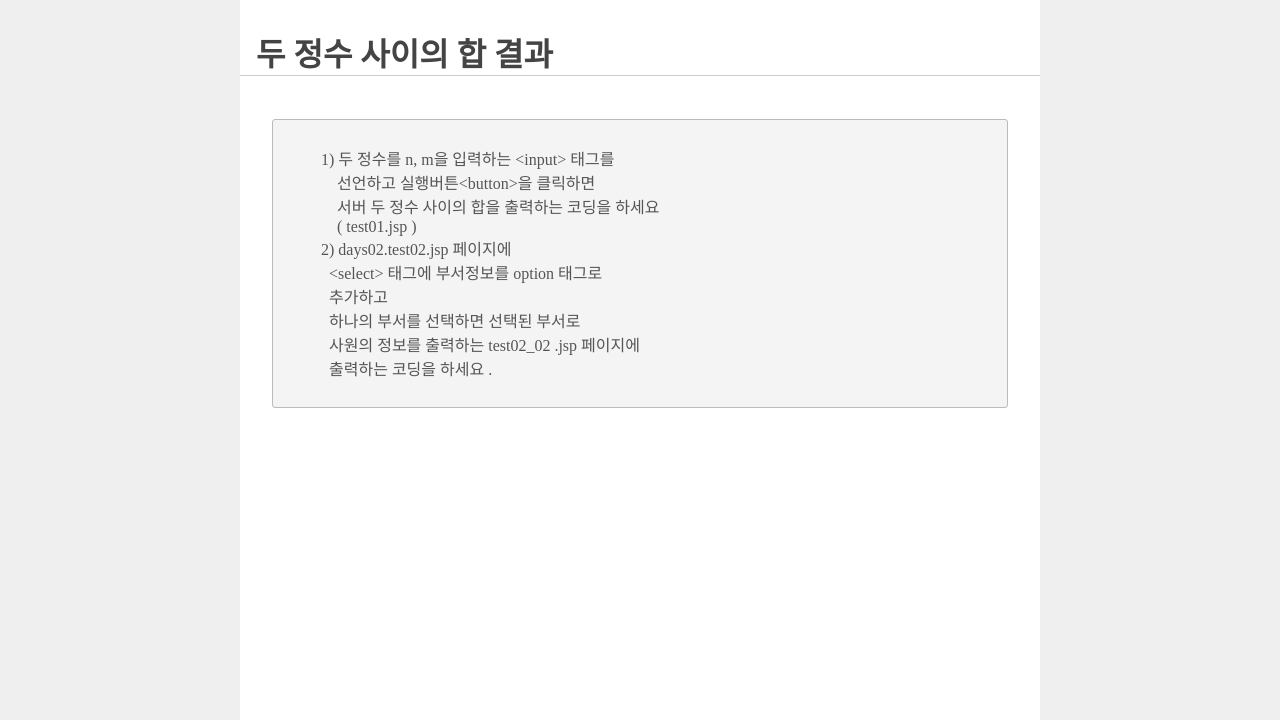
Repository: park-jiwoong/webClass
Page: http://localhost/jspPro/days02/test01_result.jsp
The author's editor kept a copy of each file at every save. The page is drawn from the files as they stood at one save, then again after the next save.
The browser window is 1280 px wide. The pictures show the whole page.
Some web fonts or font styles are not loaded; a fallback is used. The page is served by Tomcat 9. Other server files are loaded and not shown.

Above is the page before, as saved 2025-05-22 00:36:12.

### webPro/src/main/webapp/JSPClass/jspPro/src/main/webapp/days02/test01_result.jsp
<%@ page contentType="text/html; charset=UTF-8" pageEncoding="UTF-8"%>
<!DOCTYPE html>
<html>
<head>
<meta charset="UTF-8">
<meta name="viewport" content="width=device-width, initial-scale=1.0">
<link rel="shortcut icon" type="image/x-icon" href="http://localhost/jspPro/images/SiSt.ico">
<title>두 정수 사이의 합 결과</title>
<script src="https://ajax.googleapis.com/ajax/libs/jquery/3.7.1/jquery.min.js"></script>
<link rel="stylesheet" href="http://localhost/jspPro/resources/cdn-main/example.css">
<script src="http://localhost/jspPro/resources/cdn-main/example.js"></script>
	<style>
 	span.material-symbols-outlined{
    vertical-align: text-bottom;
 	}
	</style>
</head>
<body>
	<h1>두 정수 사이의 합 결과</h1>
<div>
    <xmp class="code">
        1) 두 정수를 n, m을 입력하는 <input> 태그를
            선언하고 실행버튼<button>을 클릭하면
            서버 두 정수 사이의 합을 출력하는 코딩을 하세요
            ( test01.jsp )
     	2) days02.test02.jsp 페이지에
          <select> 태그에 부서정보를 option 태그로
          추가하고
          하나의 부서를 선택하면 선택된 부서로
          사원의 정보를 출력하는 test02_02 .jsp 페이지에
          출력하는 코딩을 하세요 .
    </xmp>
</div>
</body>
</html>

### webPro/src/main/webapp/JSPClass/jspPro/src/main/webapp/resources/cdn-main/example.css
@charset "UTF-8";

@import url('https://fonts.googleapis.com/css2?family=Material+Symbols+Outlined:opsz,wght,FILL,GRAD@20..48,100..700,0..1,-50..200');

@font-face {
    font-family: 'GmarketSansMedium';
    src: url('https://cdn.jsdelivr.net/gh/projectnoonnu/noonfonts_2001@1.1/GmarketSansMedium.woff') format('woff');
    font-weight: normal;
    font-style: normal;
}

:root {
	--text-color: #555;
	--sub-text-color: #777;
	--back-color: #EFEFEF;
	--header-color: #444;
	--primary-color: #DEDEDE;
	--secondary-color: #EFEFEF;
	--default-width: 800px;
	--narrow-width: 500px;
	--wide-width: 1200px;
	--text-font: 'GmarketSansMedium';
	--icon-font: 'Material Symbols Outlined';
	--border-color: #CCC;
}

html, body {
	margin: 0;
	padding: 0;
}

html {
	background-color: var(--back-color);
	display: flex;
	justify-content: center;
	min-height: 100vh;
}

body, body.default {
	width: var(--default-width);
	background-color: white;
	padding-bottom: 120px;
}

body.wide {
	width: var(--wide-width);
}

body.narrow {
	width: var(--narrow-width);
}



body, p, div, span, a, input, select, option, textarea, button, table, th, td, label, fieldset, legend {
	font-family: var(--text-font);
	color: var(--text-color);
}

h1, h2, h3 {
	font-family: var(--text-font);
	color: var(--header-color);
	padding: 0 1rem;
	padding-top: .5rem;
}

div > h1, div > h2, div > h3 {
	padding: 0;
}

body > div, body > main > div {
	padding: 0.3rem 1rem;
}


h1 { font-size: 2rem; border-bottom: 1px solid var(--border-color); }
h1 small { font-size: 1.2rem; color: var(--sub-text-color); }
h2 { font-size: 1.5rem; border-bottom: 1px dashed var(--border-color); }
h2 small { font-size: 1.1rem; color: --sub-text-color; }
h3 { font-size: 1.2rem; }
h3 small { font-size: 1rem; color: --sub-text-color; }



h1.main::before {
	font-family: var(--icon-font);
  	content: '\e666';
  	margin-right: 10px;
  	float: left;
	font-size: 2.5rem;
}

h1.sub::before {
	font-family: var(--icon-font);
  	content: '\ea19';
  	margin-right: 10px;
  	float: left;
	font-size: 2.5rem;
}


h1.page::before {
	font-family: var(--icon-font);
  	content: '\e0e0';
  	margin-right: 10px;
  	float: left;
	font-size: 2.5rem;
}

body > header > ul > li > .active{
	background-color: #FFF;
	color:#F00;
}

body > header {
	display: flex;
	justify-content: space-between;
	border-bottom: 5px solid var(--border-color);
	min-height: 74px;
	background-color: #FFF;
}

body > header.sticky {
	position: sticky;
	top: 0;
	z-index: 98;
}

body > header > h1 {
	font-size: 1.2rem;
	border: 0;
}

body > header.in > h1::before {
	font-family: var(--icon-font);
  	content: '\e332‥';
  	margin-right: 3px;
  	float: left;
	font-size: 2rem;
}


body > header > ul {
	list-style-type: none;
	display: flex;
	align-items: flex-end;
	margin-right: 10px;
}

body > header > ul > li {
	margin-right: 10px;
	cursor: pointer;
}

body > header > ul > li > a {
	cursor: pointer;
}


form {
	display: block;
}

form > div {
	padding: 0.3rem 1rem;
}

div > form > div {
	padding: 0.3rem 0;
}

input, textarea, button, select {
	border: 1px solid #BBB;
	border-radius: 3px;
	outline: none;
	resize: none;
	padding: 7px;
	margin: 0;
}

input[type=text]:read-only, textarea:read-only {
	cursor: not-allowed;
	background-color: #FFF;
}

input[type=text]:disabled, textarea:disabled {
	cursor: not-allowed;
	background-color: #EEE;
}

input[type=text], input[type=password], textarea, button, select {
	/* width: 300px; */
}

textarea {
	display: block;
	height: 100px;
}

input[type=button], input[type=submit], button {
	/* width: inherit; */
}

input.short, textarea.short, button.short, select.short {
	width: 100px;
}

input.long, textarea.long, button.long, select.long {
	width: 350px;
}

.narrow input.long, .narrow textarea.long, .narrow button.long, .narrow select.long {
	width: calc(100% - 20px);
}

input.full, textarea.full, button.full, select.full {
	width: calc(100% - 20px);
}

textarea.short {
	height: 50px;
}

textarea.long {
	height: 100px;
}

textarea.full {
	height: 200px;
}

input, textarea {
	padding-top: 8px;
}

input[type=button], input[type=submit], button {
	padding: 5px 10px;
	background-color: var(--secondary-color);
	cursor: pointer;
	min-height: 36px;
}

input[type=button].primary, input[type=submit].primary, button.primary {
	/* background-color: rgba(100, 149, 237, .2); */
	background-color: var(--primary-color);
}

input[type=button].primary:hover, input[type=submit].primary:hover, button.primary:hover {
	/* background-color: rgba(100, 149, 237, .3); */
	background-color: var(--secondary-color);
}

input[type=button]:hover, input[type=submit]:hover, button:hover {
	background-color: var(--primary-color);
}

button {
	position: relative;
	left: 0;
	top: 0;
	padding-left: 35px;
}

button .material-symbols-outlined {
	position: absolute;
	left: 10px;
	top: 4px;
}

/* k2nik add */
button.login::before {
	font-family: var(--icon-font);
  	content: '\ea77';
	position: absolute;
	left: 11px;
	top: 4px;
	font-size: 1.25rem;
}

/* k2nik logout */
button.logout::before {
	font-family: var(--icon-font);
  	content: '\e9ba';
	position: absolute;
	left: 11px;
	top: 4px;
	font-size: 1.25rem;
}

/* k2nik help */
button.help::before {
	font-family: var(--icon-font);
  	content: '\f1c0';
	position: absolute;
	left: 11px;
	top: 4px;
	font-size: 1.25rem;
}

button.add::before{
	font-family: var(--icon-font);
  	content: '\e746';
	position: absolute;
	left: 11px;
	top: 4px;
	font-size: 1.25rem;
}

button.back::before {
	font-family: var(--icon-font);
  	content: '\e166';
	position: absolute;
	left: 11px;
	top: 4px;
	font-size: 1.25rem;
}

button.list::before {
	font-family: var(--icon-font);
  	content: '\e0ee';
	position: absolute;
	left: 11px;
	top: 4px;
	font-size: 1.25rem;
}


button.del::before {
	font-family: var(--icon-font);
  	content: '\e872';
	position: absolute;
	left: 11px;
	top: 4px;
	font-size: 1.25rem;
}

button.alldel::before {
	font-family: var(--icon-font);
  	content: '\e92b';
	position: absolute;
	left: 11px;
	top: 4px;
	font-size: 1.25rem;
}


button.edit::before {
	font-family: var(--icon-font);
  	content: '\e745';
	position: absolute;
	left: 11px;
	top: 4px;
	font-size: 1.25rem;
}


button.login::before {
	font-family: var(--icon-font);
  	content: '\ea77';
	position: absolute;
	left: 11px;
	top: 4px;
	font-size: 1.25rem;
}


button.logout::before {
	font-family: var(--icon-font);
  	content: '\e9ba';
	position: absolute;
	left: 11px;
	top: 4px;
	font-size: 1.25rem;
}


button.in::before {
	font-family: var(--icon-font);
  	content: '\f71a';
	position: absolute;
	left: 11px;
	top: 4px;
	font-size: 1.25rem;
}


button.out::before {
	font-family: var(--icon-font);
  	content: '\f70e';
	position: absolute;
	left: 11px;
	top: 4px;
	font-size: 1.25rem;
}


button.reply::before {
	font-family: var(--icon-font);
  	content: '\e15e';
	position: absolute;
	left: 11px;
	top: 4px;
	font-size: 1.25rem;
}


button.comment::before {
	font-family: var(--icon-font);
  	content: '\e0b9';
	position: absolute;
	left: 11px;
	top: 4px;
	font-size: 1.25rem;
}


button.modal::before {
	font-family: var(--icon-font);
  	content: '\e89e';
	position: absolute;
	left: 11px;
	top: 4px;
	font-size: 1.25rem;
}


button.ok::before {
	font-family: var(--icon-font);
  	content: '\e86c';
	position: absolute;
	left: 11px;
	top: 4px;
	font-size: 1.25rem;
}


button.cancel::before {
	font-family: var(--icon-font);
  	content: '\e5c9';
	position: absolute;
	left: 11px;
	top: 4px;
	font-size: 1.25rem;
}

button.search::before {
	font-family: var(--icon-font);
  	content: '\e8b6';
	position: absolute;
	left: 11px;
	top: 4px;
	font-size: 1.25rem;
}

button.home::before {
	font-family: var(--icon-font);
  	content: '\e88a';
	position: absolute;
	left: 11px;
	top: 4px;
	font-size: 1.25rem;
}


button.sidebar::before {
	font-family: var(--icon-font);
  	content: '\f7e4';
	position: absolute;
	left: 11px;
	top: 4px;
	font-size: 1.25rem;
}


button.sidebar-right::before {
	font-family: var(--icon-font);
  	content: '\f7e5';
	position: absolute;
	left: 11px;
	top: 4px;
	font-size: 1.25rem;
}




button::before {
	font-family: var(--icon-font);
  	content: '\e323';
	position: absolute;
	left: 11px;
	top: 4px;
	font-size: 1.25rem;
}


table {
	border-collapse: collapse;
	margin: 1rem;
	box-sizing: border-box;
	width: calc(100% - 32px);
}

table.content {
	width: auto;
}

div > table {
	margin: 0;
}

table th, table td {
	border: 1px solid var(--border-color);
	padding: 7px;
	font-weight: normal;
}

table th {
	background-color: var(--back-color);
}

table.vertical th {
	width: 150px;
}

table.vertical td {
	width: calc(100% - 182px);
	padding-left: 10px;
}

table.content td, table.content th {
	width: auto;
}

body.narrow table.vertical th {
	width: 100px;
}

body.narrow table.vertical td {
	width: calc(100% - 182px);
}


table + table {
	margin-top: 30px;
}


p {
	padding: 0 1rem;
}

a {
	text-decoration: none;
}

a:hover {
	color: rgba(255, 99, 71, .7);
}

hr {
	border: 0;
	border-top: 1px solid var(--border-color);
	margin: 2rem 0;
}

.message {
	border: 1px solid var(--border-color);
	background-color: #EFEFEF;
	margin: 1rem;
	width: auto;
	padding-top: 10px;
	padding-bottom: 10px;
	font-size: 14px;
}

.message[title]::before {
	content: attr(title);
	display: block;
	border-bottom: 1px solid var(--border-color);
	padding-bottom: 5px;
	margin-bottom: 10px;
	margin-top: 7px;
}

.message.short {
	max-width: 250px;
}

.message.long {
	max-width: 500px;
}

.badge {
	float: right;
	font-size: .8rem;
	margin-top: 2px;
	margin-right: 2px;
	text-shadow: 0 0 7px gray;
}

.badge.left {
	float: none;
	margin-left: 2px;
}

.badge.right {
	float: right;
}

.badge.red {
	border-radius: 50%;
	padding: 2px 5px;
	background-color: rgb(255, 99, 71, .3);
}

.badge.yellow {

	border-radius: 50%;
	padding: 2px 5px;
	background-color: rgb(255, 215, 0, .5);
}

.badge.blue {
	border-radius: 50%;
	padding: 2px 5px;
	background-color: rgb(100, 149, 237, .3);
}

label + label {
	margin-left: 7px;
}

label input[type=checkbox], label input[type=radio] {
	transform: translate(0, 1px);
}

.group {
	display: flex;
}

.modal-content .group {
	margin-bottom: .5rem;
}

.group label {
	border: 1px solid #BBB;
	border-radius: 3px;
	outline: none;
	resize: none;
	padding: 7px 14px;
	margin: 0;
	border-top-right-radius: 0;
	border-bottom-right-radius: 0;
	background-color: #EFEFEF;
	white-space: nowrap;
	font-size: 14px;
}

.group input[type=text] {
	margin-left: -1px;
	border-top-left-radius: 0;
	border-bottom-left-radius: 0;
}

.group select {
	margin-left: -1px;
	border-top-left-radius: 0;
	border-bottom-left-radius: 0;
}

.group input.full[type=text] {
	margin-left: -1px;
	border-top-left-radius: 0;
	border-bottom-left-radius: 0;
	width: 100%;
}

.group input[type=button]:first-child, .group button:first-child {
	border-top-left-radius: 3px;
	border-bottom-left-radius: 3px;
	margin-left: 0px;
}

.group input[type=button], .group button {
	border-radius: 0;
	margin-left: -1px;
}

.group input[type=button]:last-child, .group button:last-child {
	margin-left: -1px;
	border-top-right-radius: 3px;
	border-bottom-right-radius: 3px;
}

.seperate {
	display: flex;
	justify-content: space-between;
}

div.list {
	width: max-content;
	margin: 1rem;
	border: 1px solid #BBB;
	border-radius: 3px;
	padding: 0;
}

div.list.full {
	width: auto;
	display: block;
	margin: 1rem;
	border: 1px solid #BBB;
	border-radius: 3px;
	padding: 0;
}

div.list > div {
	padding: .5rem 1rem;
	margin: 0;
	border-bottom: 1px solid #BBB;
}

div.list > div:last-child {
	border-bottom: 0;
}

pre.code , xmp.code{
	font-family: consols;
	background-color: rgba(150, 150, 150, .1);
	border: 1px solid #BBB;
	border-radius: 3px;
	padding: .5rem 1rem;
	padding-bottom: .6rem;
	margin: 1rem;
}




*[data-modal-window] {
	position: fixed;
	background-color: rgba(0, 0, 0, .3);
	left: 0;
	top: 0;
	display: none;
	justify-content: center;
	align-items: flex-start;
	width: 100%;
	min-height: 100vh;
	z-index: 100;
	opacity: 0;
	transition: 500ms all;
}

*[data-modal-window] .modal-container {
	border-radius: 5px;
	padding: 1rem;
	padding-bottom: .5rem;
	margin-top: -500px;
	opacity: 0;
	width: 500px;
	background-color: #FFF;
	margin-right: 2rem;
	transition: 500ms all;
}

*[data-modal-size=content] .modal-container {
	width: auto;
}

*[data-modal-size=narrow] .modal-container {
	width: 300px;
}

*[data-modal-size=wide] .modal-container {
	width: 760px;
}


*[data-modal-window] .modal-header {
	border-bottom: 1px solid var(--border-color);
	padding: 2px 5px;
}

*[data-modal-window] .modal-content {
	padding: 1rem 5px;
}

*[data-modal-window] .modal-content div:last-child {
	margin-top: 1rem;
	text-align: right;
}



*[data-sidebar-window] {
	position: fixed;
	background-color: #FFF;
	left: 0;
	top: 0;
	display: block;
	width: 300px;
	border-right: 1px solid var(--border-color);
	box-sizing: border-box;
	box-shadow: 0 0 3px var(--back-color);
	min-height: 100vh;
	z-index: 99;
	transform: translate(-300px, 0);
	transition-duration: 500ms;
	transition-property: transform;
}

*[data-sidebar-direction=right] {
	left: auto;
	right: 0;
	transform: translate(300px, 0);
	border-left: 1px solid var(--border-color);
}

*[data-sidebar-size=wide] {
	width: 500px;
	transform: translate(-500px, 0);
}

*[data-sidebar-window] .sidebar-title {
	border-bottom: 1px solid var(--border-color);
	margin-top: 20px;
	margin-bottom: 20px;
	padding-bottom: 5px;
	display: flex;
	justify-content: space-between;
}

*[data-sidebar-window] .sidebar-title span:last-child {
	cursor: pointer;
}


/* K2Nik pagination */
.center {
  text-align: center;
}

.pagination {
  display: inline-block;
}

.pagination a {
  color: black;
  float: left;
  padding: 3px 6px;
  text-decoration: none;
  transition: background-color .3s;
  border: 1px solid #ddd;
  margin: 0 3px;
}

.pagination a.active {
  background-color: #4CAF50;
  color: white;
  border: 1px solid #4CAF50;
}

.pagination a:hover:not(.active) {background-color: #ddd;}

### webPro/src/main/webapp/JSPClass/jspPro/src/main/webapp/resources/cdn-main/example.js

window.onload = () => {

    const list = document.querySelectorAll('input, textarea');

    list.forEach(item => {
        item.setAttribute('autocomplete', 'off');
    });


    const modal_btn_list = document.querySelectorAll('*[data-modal-button]');

    modal_btn_list.forEach(item => {
        item.onclick = function() {

            const name = this.dataset['modalButton'];
            const modal_window = document.querySelector('*[data-modal-window=' + name);

            const container = document.createElement('div');
            container.className = 'modal-container';



            const modal_header = document.createElement('div');
            modal_header.textContent = modal_window.dataset['modalTitle'];
            modal_header.className = 'modal-header';
            container.appendChild(modal_header);

            const modal_content = document.createElement('div');
            modal_content.className = 'modal-content';
            container.appendChild(modal_content);

            Array.from(modal_window.childNodes).forEach(item => {
                modal_content.appendChild(item);
            });

            modal_window.appendChild(container);

            modal_window.style.display = 'flex';

            setTimeout(() => {
                modal_window.style.opacity = 1;
                container.style.marginTop = '20px';
                container.style.opacity = 1;
            }, 50);


            const modal_ok = document.querySelector('*[data-modal-ok=' + name);
            modal_ok.addEventListener('click', function() {
                modal_window.style.opacity = 0;
                container.style.marginTop = '-500px';
                container.style.opacity = 0;

                setTimeout(() => {
                    modal_window.innerHTML = modal_content.innerHTML;
                    modal_window.style.display = 'none';
                }, 500);

            });

            const modal_cancel = document.querySelector('*[data-modal-cancel=' + name);
            modal_cancel.addEventListener('click', function() {

                modal_window.style.opacity = 0;
                container.style.marginTop = '-500px';
                container.style.opacity = 0;

                setTimeout(() => {
                    modal_window.innerHTML = modal_content.innerHTML;
                    modal_window.style.display = 'none';
                }, 500);
            });


        };
    });


    const sidebar_btn_list = document.querySelectorAll('*[data-sidebar-button]');

    sidebar_btn_list.forEach(item => {
        item.onclick = function() {



            const name = this.dataset['sidebarButton'];
            const sidebar_window = document.querySelector('*[data-sidebar-window=' + name);

            if (sidebar_window.style.transform == 'translate(0px, 0px)') return;



            sidebar_window.style.transform = 'translate(0, 0)';

            const sidebar_title = document.createElement('div');
            sidebar_title.className = 'sidebar-title';
            sidebar_title.innerHTML = '<span>' + sidebar_window.dataset['sidebarTitle'] + '</span><span class="material-symbols-outlined">close</span>';

            sidebar_title.children[1].onclick = function() {

                let sign = 1;
                let distance = 300;

                if (sidebar_window.dataset['sidebarDirection'] != 'right') {
                    sign = -1;
                } else {
                    sign = 1;
                }

                if (sidebar_window.dataset['sidebarSize'] != 'wide') {
                    distance = 300;
                } else {
                    distance = 500;
                }

                distance *= sign;

                sidebar_window.style.transform = 'translate(' + distance + 'px, 0)';

                setTimeout(function() {
                    sidebar_window.removeChild(sidebar_window.children[0]);
                }, 500);
            };


            sidebar_window.prepend(sidebar_title);

        }
    });

};

// window.onkeydown = function(event) {

//     if (event.keyCode == 27) {
//         if (document.querySelector('[data-modal-window').style.display == 'flex') {
//             document.querySelector('[data-modal-window').style.display = 'none';
//         }
//     }

// };

After the next save:
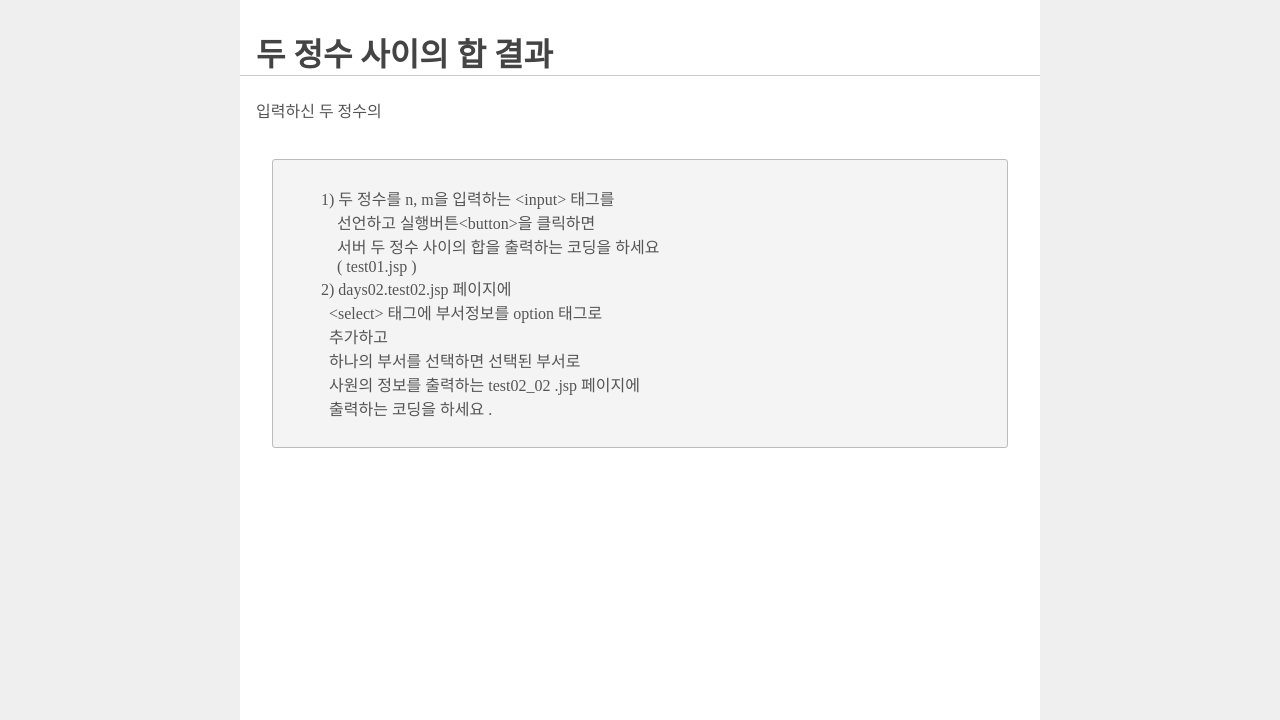
Saved 34 s later.
--- a/webPro/src/main/webapp/JSPClass/jspPro/src/main/webapp/days02/test01_result.jsp
+++ b/webPro/src/main/webapp/JSPClass/jspPro/src/main/webapp/days02/test01_result.jsp
@@ -17,6 +17,7 @@
 </head>
 <body>
 	<h1>두 정수 사이의 합 결과</h1>
+	<p>입력하신 두 정수의 </p>
 <div>
     <xmp class="code">
         1) 두 정수를 n, m을 입력하는 <input> 태그를
